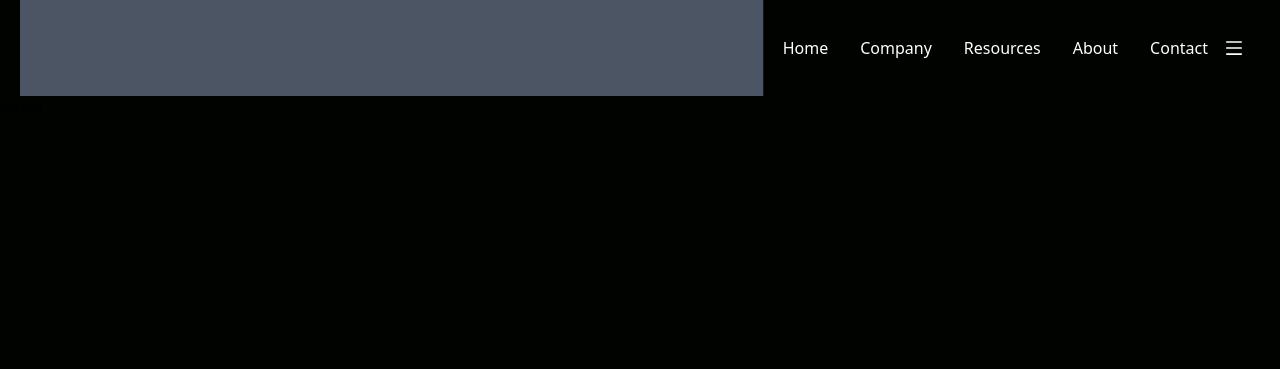
Repository: OmniaRafat232111121/tailwindreact
Page: /
The author's editor kept a copy of each file at every save. The page is drawn from the files as they stood at one save, then again after a run of saves.
The browser window is 1280 px wide. The pictures show the whole page.
The project was rebuilt for these pictures with package versions that can differ from the ones it lists, and the page was loaded fresh each time.

Above is the page before, as saved 2022-09-11 01:54:01.

### src/index.js
import React from 'react';
import ReactDOM from 'react-dom/client';
import './index.css';
import App from './App';
import 'animate.css';
const root = ReactDOM.createRoot(document.getElementById('root'));
root.render(
  <React.StrictMode>
    <App />
  </React.StrictMode>
);

### src/App.js
import React from 'react';
// import Analytics from './components/Analytics';
// import Cards from './components/Cards';
// import Footer from './components/Footer';
// import Hero from './components/Hero';
import Navbar from './components/Navbar';
// import Newsletter from './components/Newsletter';

function App() {
  return (
    <div>
      <Navbar />
       <h1>Helell</h1>
    </div>
  );
}

export default App;

### src/components/Navbar.jsx
import React, { useState } from 'react';
import { AiOutlineClose, AiOutlineMenu } from 'react-icons/ai';

const Navbar = () => {
  const [nav, setNav] = useState(false);


  return (
    <div className=' animate__animated animate__animated animate__backInRight flex justify-around items-center  text-white h-24 max-w-[1240px] px-4 mx-auto'>
      <h1 className='w-full text-3xl font-bold text-purple-600'>REACT.</h1>
      <ul className='hidden md:flex'>
        <li className='p-4 border-purple-600  hover:border-b-2 '>Home</li>
        <li className='p-4 border-purple-600  hover:border-b-2'>Company</li>
        <li className='p-4 border-purple-600  hover:border-b-2 '>Resources</li>
        <li className='p-4 border-purple-600  hover:border-b-2'>About</li>
        <li className='p-4 border-purple-600  hover:border-b-2 '>Contact</li>
      </ul>
    <div>
    <AiOutlineMenu size={20}/>
    </div>
    <div  className='fixed left-0 top-0 w-[60%] h-full border-r border-r-gray-900 bg-gray-600'>
    <ul className={nav ? 'fixed left-0 top-0 w-[60%] h-full border-r border-r-gray-900 bg-[#000300] ease-in-out duration-500' : 'ease-in-out duration-500 fixed left-[-100%]'}>
    <h1 className='w-full text-3xl font-bold text-purple-600 m-4'>REACT.</h1>
      <li className='p-4 border-b border-gray-600'>Home</li>
      <li className='p-4 border-b border-gray-600'>Company</li>
      <li className='p-4 border-b border-gray-600'>Resources</li>
      <li className='p-4 border-b border-gray-600'>About</li>
      <li className='p-4'>Contact</li>
  </ul>
</div>

    </div>
  );
};

export default Navbar;

Loaded but not shown: public/index.html (common file); src/index.css (common file); tailwind.config.js (common file)

After the next 4 saves:
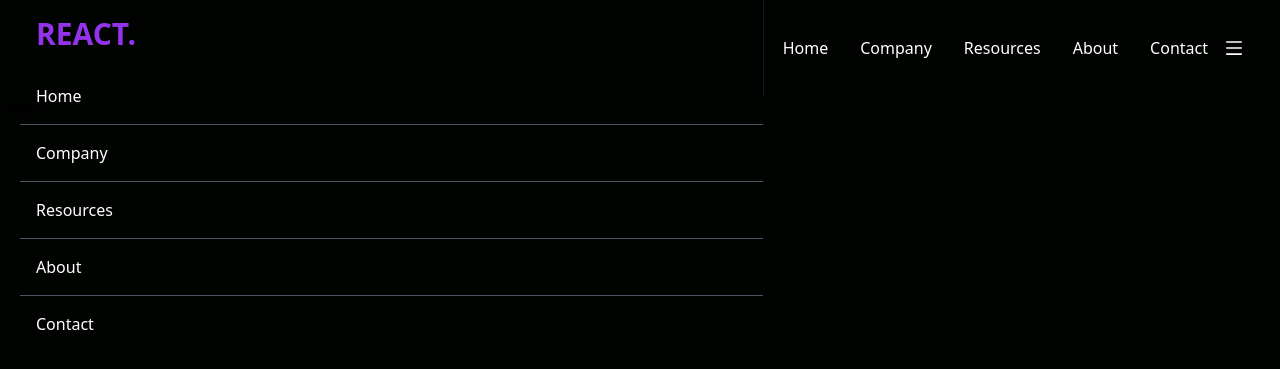
The 4 saves are shown as one change because 1 did not build or start and some came seconds apart.
The last was saved 23 s later.
--- a/src/components/Navbar.jsx
+++ b/src/components/Navbar.jsx
@@ -19,7 +19,7 @@ const Navbar = () => {
     <AiOutlineMenu size={20}/>
     </div>
     <div  className='fixed left-0 top-0 w-[60%] h-full border-r border-r-gray-900 bg-gray-600'>
-    <ul className={nav ? 'fixed left-0 top-0 w-[60%] h-full border-r border-r-gray-900 bg-[#000300] ease-in-out duration-500' : 'ease-in-out duration-500 fixed left-[-100%]'}>
+    <ul className='fixed left-0 top-0 w-[60%] h-full border-r border-r-gray-900 bg-[#000300] ease-in-out duration-500' >
     <h1 className='w-full text-3xl font-bold text-purple-600 m-4'>REACT.</h1>
       <li className='p-4 border-b border-gray-600'>Home</li>
       <li className='p-4 border-b border-gray-600'>Company</li>
